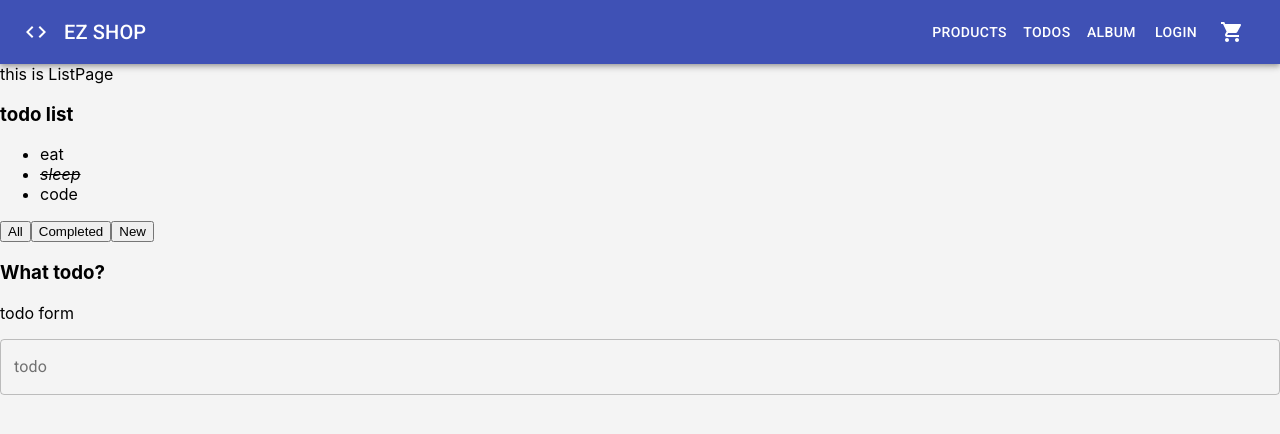
Repository: anhmuoi/learn-reactjs
Page: /todos
The author's editor kept a copy of each file at every save. The page is drawn from the files as they stood at one save, then again after the next save.
The browser window is 1280 px wide. The pictures show the whole page.
The project was rebuilt for these pictures with package versions that can differ from the ones it lists, and the page was loaded fresh each time. Also part of the build but not shown: src/components/form-controls/PasswordField/index.js, src/features/Auth/components/LoginForm/index.jsx, src/features/Auth/components/Login/index.jsx, src/features/Auth/components/RegisterForm/index.jsx, src/features/Auth/components/Register/index.jsx, src/features/album/components/Album/index.jsx, src/features/album/components/AlbumList/style.scss, src/features/album/components/AlbumList/index.jsx and 28 more. Imported but missing from the stored project, and not drawn on this page: src/features/Product/components/ProductAdditional.jsx, src/features/Product/components/ProductReviews.jsx.

Above is the page before, as saved 2021-09-26 08:26:40.

### src/App.js
import categoryApi from "api/categoryApi.js";
import Header from "components/Header/index.jsx";
import AlbumFeature from "features/album/index.jsx";
import CartFeature from "features/Cart/index.jsx";
import ProductFeature from "features/Product/index.jsx";
import React, { useEffect } from "react";
import { Redirect, Route, Switch } from "react-router";
import "./App.css";
import NoteFound from "./components/NotFound";
import CounterFeature from "./features/Counter/index.jsx";
import TodoFeature from "./features/Todo";

function App() {

  // useEffect(() => {
  //   const fetchCategories = async  () => {
  //     const categories = await categoryApi.get(1);


  //   }

  //   fetchCategories();
  // }, [])


  return (
    <div className="App">
    <Header/>
      <Switch>
        <Redirect from="/home" to="/" exact></Redirect>
        <Redirect
          from="/posts-list/:postId"
          to="/posts/:postId"
          exact
        ></Redirect>

        <Route path="/" component={CounterFeature} exact />
        <Route path="/todos" component={TodoFeature}></Route>
        <Route path="/album" component={AlbumFeature}></Route>
        <Route path='/products' component={ProductFeature} />
        <Route path='/cart' component={CartFeature} />
        <Route component={NoteFound}></Route>
      </Switch>
    </div>
  );
}

export default App;

### src/app/store.js
import counterReducer from "../features/Counter/counterSlice.js";
import userReducer from '../features/Auth/userSlice.js'
import cartReducer from '../features/Cart/cartSlice.js'
const { configureStore } = require("@reduxjs/toolkit");

const rootReducer = {
  counter: counterReducer,
  user: userReducer,
  cart: cartReducer,
};

const store = configureStore({
  reducer: rootReducer,
});
export default store;

### src/api/categoryApi.js
const { default: axiosClient } = require("./axiosClient.js");

const categoryApi = {
    getAll(params){
        const url = '/categories';
        return axiosClient.get(url,{ params });
    },
    get(id) {
        const url = `/categories/${id}`;
        return axiosClient.get(url);
    },
    add(data) {
        const url = '/categories';
        return axiosClient.post(url, data);
    },
    update(data) {
        const url = `/categories/${data.id}`;
        return axiosClient.patch(url, data);
    },
    remove(id) {
        const url = `/categories/${id}`;
        return axiosClient.delete(url);
    }
};

export default categoryApi;

### src/components/Header/index.jsx
import { Badge, Box, IconButton } from "@material-ui/core";
import AppBar from "@material-ui/core/AppBar";
import Button from "@material-ui/core/Button";
import Dialog from "@material-ui/core/Dialog";
import DialogContent from "@material-ui/core/DialogContent";
import Menu from "@material-ui/core/Menu";
import MenuItem from "@material-ui/core/MenuItem";
import { makeStyles } from "@material-ui/core/styles";
import Toolbar from "@material-ui/core/Toolbar";
import Typography from "@material-ui/core/Typography";
import {
  AccountCircle, Close, ShoppingCart
} from "@material-ui/icons";
import CodeIcon from "@material-ui/icons/Code";
import Login from "features/Auth/components/Login/index.jsx";
import Register from "features/Auth/components/Register/index.jsx";
import { logout } from "features/Auth/userSlice.js";
import { cartItemCountSelector } from "features/Cart/selectors.js";
import React, { useState } from "react";
import { useDispatch, useSelector } from "react-redux";
import { Link, NavLink, useHistory } from "react-router-dom";

const useStyles = makeStyles((theme) => ({
  root: {
    flexGrow: 1,
  },
  menuButton: {
    marginRight: theme.spacing(2),
  },
  title: {
    flexGrow: 1,
  },
  link: {
    color: "#fff",
    textDecoration: "none",
  },
  closeButton: {
    position: "absolute",
    top: theme.spacing(1),
    right: theme.spacing(1),
    color: theme.palette.grey[500],
    zIndex: "1",
  },
  menu: {
    top: theme.spacing(5),
    "margin-top": theme.spacing(6),
  },
}));

const MODE = {
  LOGIN: "login",
  REGISTER: "register",
};

export default function Header() {
  const classes = useStyles();

  const LoggedIn = useSelector((state) => state.user);

  const cartItemCount = useSelector(cartItemCountSelector);

  const history = useHistory();

  const isLoggedIn = LoggedIn.current.id;

  const [mode, setMode] = useState(MODE.LOGIN);

  const [open, setOpen] = useState(false);

  const [anchorEl, setAnchorEl] = useState(null);

  const dispatch = useDispatch();

  const handleClickOpen = () => {
    setOpen(true);
  };

  const handleClose = () => {
    setOpen(false);
  };

  const handleClickMenu = (event) => {
    setAnchorEl(event.currentTarget);
  };

  const handleCloseMenu = () => {
    setAnchorEl(null);
  };

  const handleLogOut  = () => {
    handleCloseMenu();
    const action = logout();
    dispatch(action);
  }

  const handleCartClick  = () => {
    history.push('/cart')
  }



  return (
    <div className={classes.root}>
      <AppBar position="static">
        <Toolbar>
          <CodeIcon className={classes.menuButton} />

          <Typography variant="h6" className={classes.title}>
            <Link className={classes.link} to="/">
              EZ SHOP
            </Link>
          </Typography>
          <NavLink
            className={classes.link}
            to="/products"
            activeClassName="active-menu"
          >
            <Button color="inherit">Products</Button>
          </NavLink>
          <NavLink
            className={classes.link}
            to="/todos"
            activeClassName="active-menu"
          >
            <Button color="inherit">Todos</Button>
          </NavLink>
          <NavLink
            className={classes.link}
            to="/album"
            activeClassName="active-menu"
          >
            <Button color="inherit">Album</Button>
          </NavLink>
          {!!isLoggedIn && (
            <IconButton aria-haspopup="true" onClick={handleClickMenu}>
              <AccountCircle
                className={classes.link}
                color="inherit"
              ></AccountCircle>
            </IconButton>
          )}
          {!!!isLoggedIn && (
            <Button onClick={handleClickOpen} color="inherit">
              Login
            </Button>
          )}
          <IconButton onClick={handleCartClick} aria-label="show 4 new mails" color="inherit">
          <Badge badgeContent={cartItemCount} color="secondary">
            <ShoppingCart></ShoppingCart>
          </Badge>
        </IconButton>
        </Toolbar>
      </AppBar>

      <Menu
        className={classes.menu}
        id="simple-menu"
        anchorEl={anchorEl}
        keepMounted
        open={Boolean(anchorEl)}
        onClose={handleCloseMenu}
      >
        <MenuItem onClick={handleCloseMenu}>Profile</MenuItem>
        <MenuItem onClick={handleCloseMenu}>My account</MenuItem>
        <MenuItem onClick={handleLogOut}>Logout</MenuItem>
      </Menu>

      <Dialog
        disableEscapeKeyDown
        open={open}
        aria-labelledby="alert-dialog-title"
        aria-describedby="alert-dialog-description"
      >
        <IconButton className={classes.closeButton} onClick={handleClose}>
          <Close></Close>
        </IconButton>
        <DialogContent>
          {mode === MODE.REGISTER && (
            <>
              <Register closeDialog={handleClose} />
              <Box textAlign="center">
                <Button color="primary" onClick={() => setMode(MODE.LOGIN)}>
                  Already have an account. Login here
                </Button>
              </Box>
            </>
          )}
          {mode === MODE.LOGIN && (
            <>
              <Login closeDialog={handleClose} />
              <Box textAlign="center">
                <Button color="primary" onClick={() => setMode(MODE.REGISTER)}>
                  Dont have an account. Register here
                </Button>
              </Box>
            </>
          )}
        </DialogContent>
      </Dialog>
    </div>
  );
}

### src/features/Todo/index.jsx

import React, { useState } from 'react';
import { Route, Switch, useRouteMatch } from 'react-router-dom';
import NoteFound from '../../components/NotFound';
import TodoList from './components/TodoList/index.jsx';
import DetailPage from './pages/DetailPage';
import ListPage from './pages/ListPage';

TodoFeature.propTypes = {

};

function TodoFeature(props) {





    const match = useRouteMatch();


    return (
        <div>
        <Switch>
            <Route path={match.path} component={ListPage} exact></Route>
            <Route path={`${match.path}/:todoId`} component={DetailPage} exact></Route>
            <Route component={NoteFound}></Route>
        </Switch>

        </div>
    );
}

export default TodoFeature;

### src/features/Counter/counterSlice.js
const { createSlice } = require("@reduxjs/toolkit");

const counterSlice = createSlice({
  name: "counter",
  initialState: 0,
  reducers: {
    increase(state, action) {
      return state + 1;
    },
    decrease(state, action) {
      return state - 1;
    },
  },
});

const { actions, reducer } = counterSlice;
export const { increase, decrease } = actions;
export default reducer;

### src/features/Auth/userSlice.js
import { createSlice, createAsyncThunk} from "@reduxjs/toolkit";

import userApi from "api/userApi.js";
import storageKeys from "constants/storage-key.js";

export const register = createAsyncThunk(
    'user/register',
    async (payload) => {
      //call api
      const data = await userApi.register(payload);
      // save data to localStorage
      localStorage.setItem(storageKeys.TOKEN,data.jwt);
      localStorage.setItem(storageKeys.USER, JSON.stringify(data.user));

      return data.user;
    }
  )
  export const login = createAsyncThunk(
    'user/login',
    async (payload) => {
      //call api
      const data = await userApi.login(payload);
      // save data to localStorage
      localStorage.setItem(storageKeys.TOKEN,data.jwt);
      localStorage.setItem(storageKeys.USER, JSON.stringify(data.user));

      return data.user;
    }
  )

const userSlice = createSlice({
  name: "user",
  initialState: {
      current: JSON.parse(localStorage.getItem(storageKeys.USER) ) ||{},
      setting: {}
  },
  reducers: {
    logout(state) {

      localStorage.removeItem(storageKeys.TOKEN);
      localStorage.removeItem(storageKeys.USER);

      state.current = {}
    }

  },
  extraReducers: {
    [register.fulfilled]: (state, action) => {
      state.current = action.payload;
    },
    [login.fulfilled]: (state, action) => {
      state.current = action.payload;
    }
  }
});

const { actions, reducer } = userSlice;
export const {  logout} = actions;
export default reducer;

### src/features/Cart/cartSlice.js
import { createSlice } from "@reduxjs/toolkit";

const initialState = {
  showMiniCart: false,
  cartItems: [],
};

const cartSlice = createSlice({
  name: "cart",
  initialState,
  reducers: {
    showMiniCart(state) {
      state.showMiniCart = true;
    },
    hideMiniCart(state) {
      state.showMiniCart = false;
    },
    addFromCart(state, action) {
      const newItem = action.payload;
      const index = state.cartItems.findIndex((x) => x.id === newItem.id);
      if (index >= 0) {
        state.cartItems[index].quantity += newItem.quantity;
      } else {
        state.cartItems.push(newItem);
      }
    },
    setQuantity(state, action) {
      const { id, quantity } = action.payload;
      const index = state.cartItems.findIndex((x) => x.id === id);
      if (index >= 0) {
        state.cartItems[index].quantity = quantity;
      }
    },
    removeFromCart(state, action) {
      const idNeedRemove = action.payload;
      state.cartItems = state.cartItems.filter((x) => x.id !== idNeedRemove);
    },
  },
});

export const {
  showMiniCart,
  hideMiniCart,
  addFromCart,
  removeFromCart,
  setQuantity,
} = cartSlice.actions;
export default cartSlice.reducer;

### src/api/axiosClient.js
const { default: axios } = require("axios");

const axiosClient = axios.create({
  baseURL: "https://api.ezfrontend.com/",
  headers: {
    "Content-Type": "application/json",
  },
});

// Add a request interceptor
axiosClient.interceptors.request.use(
  function (config) {
    // Do something before request is sent
    return config;
  },
  function (error) {
    // Do something with request error
    return Promise.reject(error);
  }
);

// Add a response interceptor
axiosClient.interceptors.response.use(
  function (response) {
    // Any status code that lie within the range of 2xx cause this function to trigger
    // Do something with response data
    return response.data;
  },
  function (error) {
    // Any status codes that falls outside the range of 2xx cause this function to trigger
    // Do something with response error


    const { config, status, data } = error.response;
    const URLS = ['/auth/local/register', '/auth/local'];
    if (URLS.includes(config.url) && status === 400) {
      const errorList = data.data || [];
      const firstError = errorList.length > 0 ? errorList[0] : {};
      const messageList = firstError.messages || [];
      const firstMessage = messageList.length > 0 ? messageList[0] : {};
      throw new Error(firstMessage.message);

    }

    return Promise.reject(error);
  }
);

export default axiosClient;

### src/features/Cart/selectors.js
import { createSelector } from "@reduxjs/toolkit";

const cartItemSelector = (state) => state.cart.cartItems;

export const cartItemCountSelector = createSelector(cartItemSelector, (cartItems) =>
  cartItems.reduce((count, item) => count + item.quantity, 0)
);

export const cartItemTotalSelector = createSelector(cartItemSelector, (cartItems) =>
  cartItems.reduce((total, item) => total + item.product.salePrice * item.quantity, 0)
);

### src/features/Todo/components/TodoList/index.jsx
import React from "react";
import PropTypes from "prop-types";
import classnames from "classnames";
import "./style.scss";

TodoList.propTypes = {
  todoList: PropTypes.array,
  onclickTodo: PropTypes.func,
};

TodoList.defaultProps = {
  todoList: [],
};

function TodoList(props) {
  const { todoList, onclickTodo } = props;

  const handleClick = (todo) => {
    onclickTodo(todo);
  };

  return (
    <ul className="todoList">
      {todoList.map((todo) => (
        <li
          key={todo.id}
          onClick={() => handleClick(todo)}
          className={classnames({
            completed: todo.status === "completed",
          })}
        >
          {todo.title}
        </li>
      ))}
    </ul>
  );
}

export default TodoList;

### src/features/Todo/pages/ListPage/index.jsx
import TodoList from "features/Todo/components/TodoList/index.jsx";
import React, { useState } from "react";
import TodoForm from "../../components/TodoForm";
import { useRouteMatch, useHistory, useLocation } from 'react-router-dom'
import queryString from 'query-string'


ListPage.propTypes = {};

function ListPage(props) {

  const location = useLocation();

  const history = useHistory();

  const match = useRouteMatch();

  const initTodoList = [
    {
        id: 1,
        title: 'eat',
        status: 'new',
    },
    {
        id: 2,
        title: 'sleep',
        status: 'completed',
    },
    {
        id: 3,
        title: 'code',
        status: 'new',
    },
]
const [todoList, setTodoList] = useState(initTodoList);
const [filterTodoList, setFilterTodoList] = useState('all');

const handleOnclickTodo = (todo) => {
    const newTodoList = [...todoList];
    newTodoList[todo.id - 1] = {
        ...newTodoList[todo.id - 1],
        status: todo.status === 'new' ? 'completed' : 'new',
    }
    setTodoList(newTodoList);
}

const handleClickAll  = () =>{
    setFilterTodoList('all');
    console.log(location);
    console.log(match);
    console.log(queryString.parse(location.search));
    console.log(queryString.parse(filterTodoList));

};

const handleClickCompleted  = () =>{
    setFilterTodoList('completed')
};

const handleClickNew  = () =>{
    setFilterTodoList('new')
};

const todoFilterList = todoList.filter(todo => filterTodoList === 'all' || filterTodoList === todo.status)





  const handleTodoFormSubmit = (values) => {
    console.log("form submit", values);
  };
  return (
    <div>
      this is ListPage
      <h3>todo list</h3>
      <TodoList todoList={todoFilterList} onclickTodo={handleOnclickTodo}/>
        <div>
            <button onClick={handleClickAll}>All</button>
            <button onClick={handleClickCompleted}>Completed</button>
            <button onClick={handleClickNew}>New</button>
        </div>


      <h3>What todo?</h3>
      <TodoForm onSubmit={handleTodoFormSubmit} />
    </div>
  );
}

export default ListPage;

### src/api/userApi.js
import axiosClient from "./axiosClient.js";


const userApi = {

    register(data) {
        const url = '/auth/local/register';
        return axiosClient.post(url, data);
    },
    login(data) {
        const url = '/auth/local';
        return axiosClient.post(url, data);
    },
};

export default userApi;

### src/constants/storage-key.js
const storageKeys = {
    USER: 'user',
    TOKEN: 'access_token',
};

export default storageKeys;

### src/features/Todo/components/TodoList/style.scss
.todoList {
    & > li {
        cursor: pointer;

    }
    & > li.completed {
        font-style: italic;
        text-decoration: line-through;

    }
}

### src/features/Todo/components/TodoForm/index.jsx
import { yupResolver } from '@hookform/resolvers/yup';
import InputField from "components/form-controls/InputField/index.jsx";
import PropTypes from "prop-types";
import React from "react";
import { useForm } from "react-hook-form";
import * as yup from "yup";




TodoForm.propTypes = {
  onSubmit: PropTypes.func,
};

function TodoForm(props) {
  const {onSubmit} = props;

  const schema = yup.object().shape({
      title: yup.string().required("Please enter title"),
  });
  const form = useForm({
    defaultValues: {
      title: "",
    },
    resolver: yupResolver(schema)
  });

  const handleSubmit = (values) => {
    onSubmit(values);
  };

  return (
    <form onSubmit={form.handleSubmit(handleSubmit)}>
      todo form
      <InputField form={form} name="title" label="todo" />
    </form>
  );
}

export default TodoForm;

### src/components/form-controls/InputField/index.jsx
import { TextField } from "@material-ui/core";
import PropTypes from "prop-types";
import React from "react";
import { Controller } from "react-hook-form";

InputField.propTypes = {
  form: PropTypes.object.isRequired,
  name: PropTypes.string.isRequired,

  label: PropTypes.string,
  disabled: PropTypes.bool,
};

function InputField(props) {
  const { form, name, label, disabled} = props;
  const { formState } = form;

  const hasError = !!(formState.errors[name]);


  return (
    <Controller
      name={name}
      control={form.control}
      disabled={disabled}
      render={({ field }) => (

        <TextField
          {...field}


          fullWidth

          label={label}
          margin='normal'
          variant="outlined"
          error={hasError}
          helperText={formState.errors[name]?.message}

        />

      )}
    />
  );
}

export default InputField;

Loaded but not shown: public/index.html (common file); src/index.js (common file); src/index.css (common file); src/reportWebVitals.js (common file); src/App.css (common file)

After the next save:
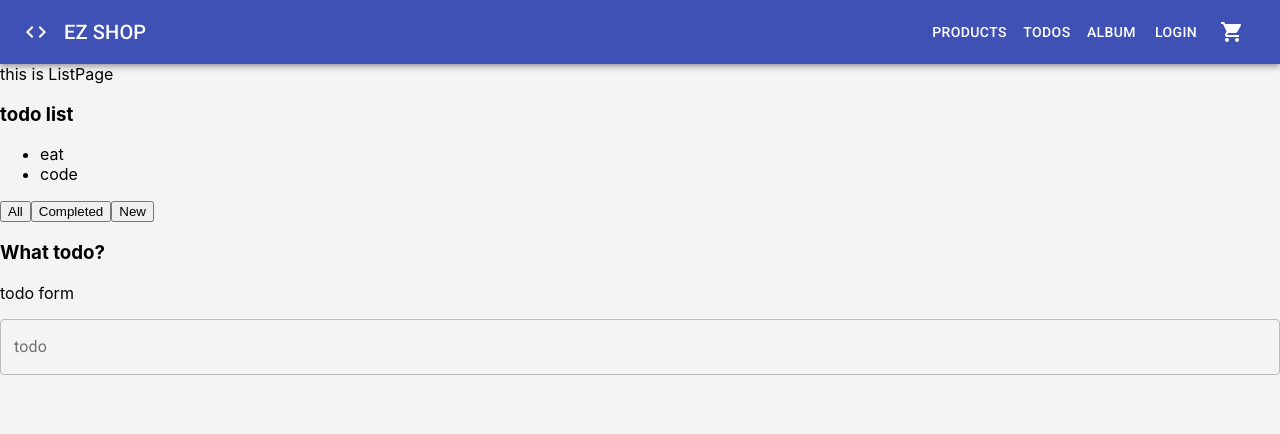
Saved 4 min 10 s later.
--- a/src/features/Todo/pages/ListPage/index.jsx
+++ b/src/features/Todo/pages/ListPage/index.jsx
@@ -33,7 +33,7 @@ function ListPage(props) {
     },
 ]
 const [todoList, setTodoList] = useState(initTodoList);
-const [filterTodoList, setFilterTodoList] = useState('all');
+const [filterTodoList, setFilterTodoList] = useState('new');
 
 const handleOnclickTodo = (todo) => {
     const newTodoList = [...todoList];
